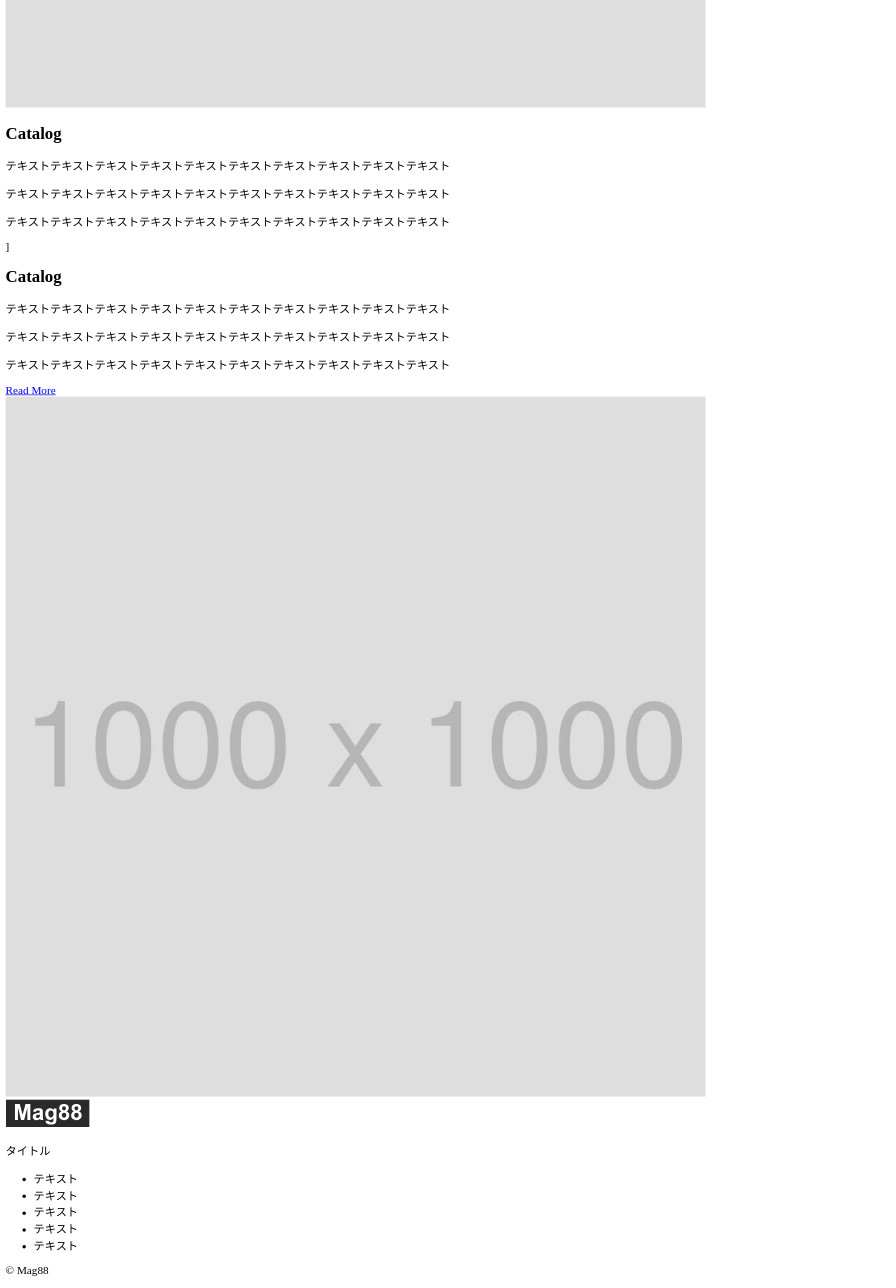
Repository: Fuki-san/bookstore
Page: http://localhost/book
The author's editor kept a copy of each file at every save. The page is drawn from the files as they stood at one save, then again after a run of saves.
The browser window is 1280 px wide. The pictures show the part of the page from y = 3412 to 5332 px (the page is 5252 px tall before and 5332 px after), at 70% of full size.
The page is served by the project's Laravel application, run on PHP 8.4 with Laravel 10.

Above is the page before, as saved 2023-11-20 12:27:23.

After the next 4 saves:
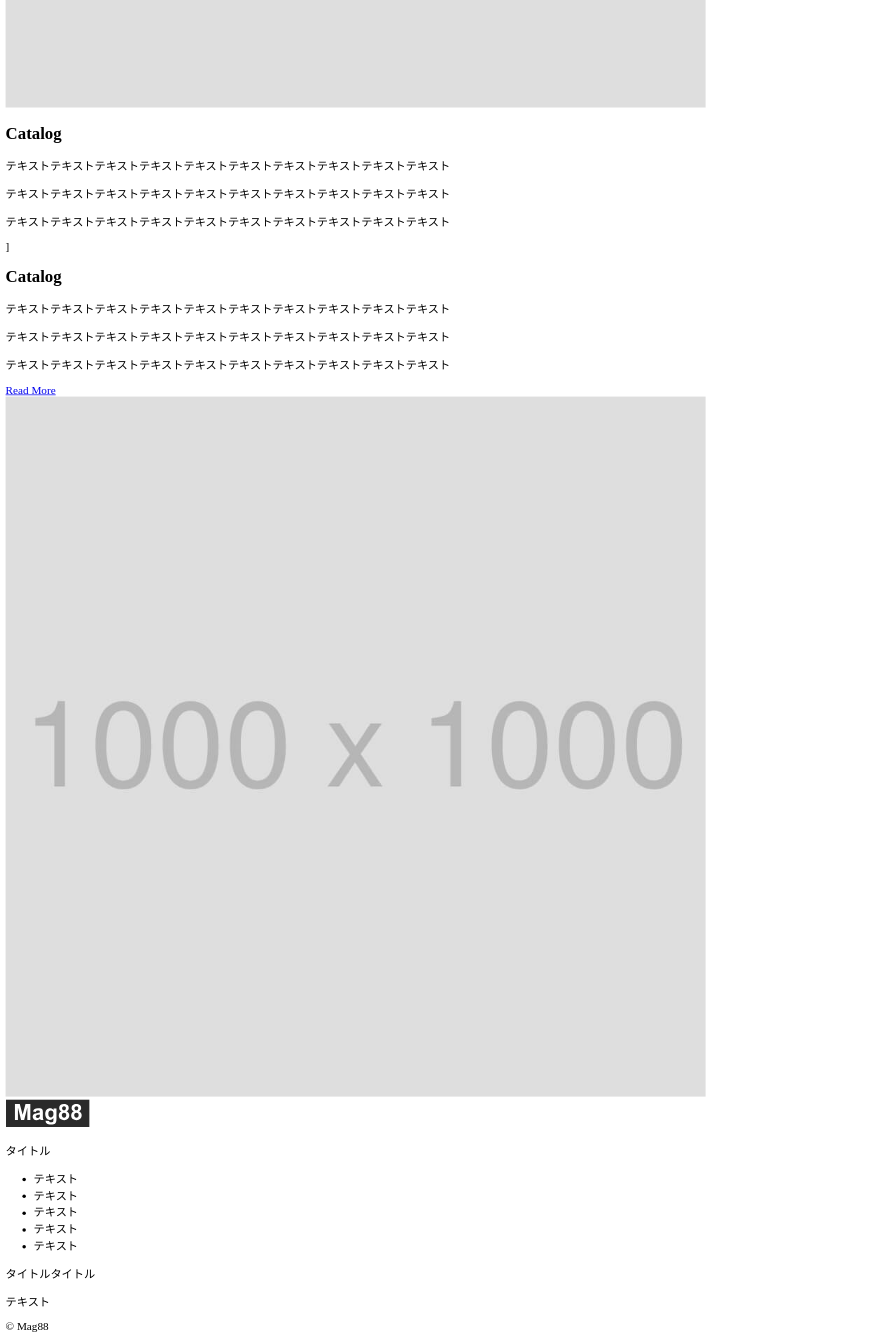
The 4 saves are shown as one change because they came seconds apart.
The last was saved 11 s later.
--- a/resources/views/bookstore.blade.php
+++ b/resources/views/bookstore.blade.php
@@ -92,7 +92,8 @@
                 </ul>
             </div>
             <div class="item">
-                <p class="title"></p>
+                <p class="title">タイトルタイトル</p>
+                <p>テキスト</p>
             </div>
         </div>
         <p>&copy; Mag88</p>
